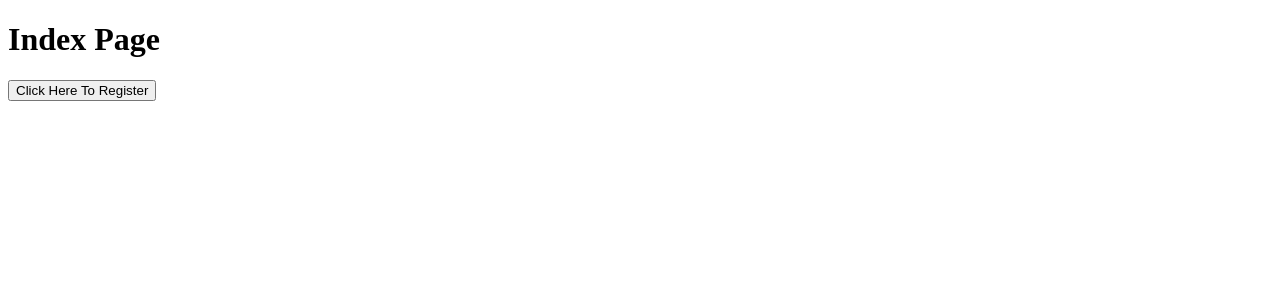
Repository: Madavahari/Servlets
Page: http://localhost/sms/
The author's editor kept a copy of each file at every save. The page is drawn from the files as they stood at one save, then again after the next save.
The browser window is 1280 px wide. The pictures show the whole page.
The page is served by Tomcat 9.

Above is the page before, as saved 2024-10-16 12:16:58.
Console error: TypeError: Cannot read properties of null (reading 'style')

After the next save:
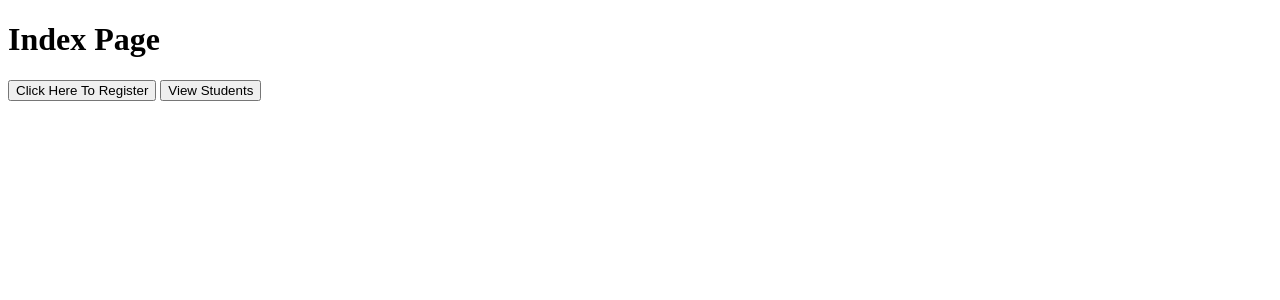
Saved 37 min 57 s later.
--- a/servlets/sms/src/main/webapp/index.jsp
+++ b/servlets/sms/src/main/webapp/index.jsp
@@ -16,5 +16,6 @@ setTimeout(()=>{
 
    <h1>Index Page</h1>
    <a href="register.jsp"><button>Click Here To Register</button></a>
+   <a href="allemp.jsp"><button>View Students</button></a>
 </body>
 </html>
